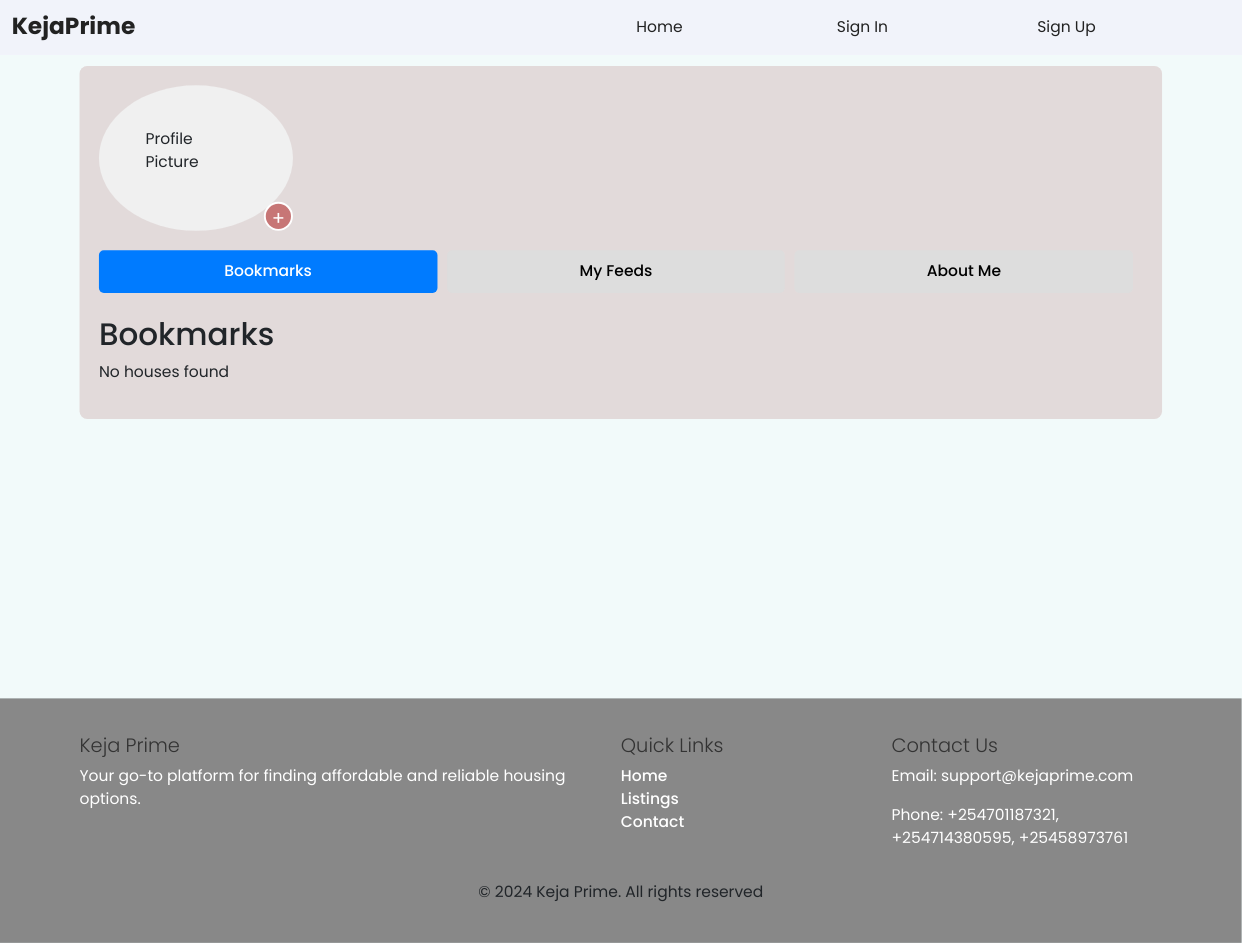
Repository: Pascal7601/kejaPrime
Page: /profile (app in frontend/)
These files come from the project's save history. The page is drawn as it stood at one moment and after the next save; the edit follows.
The browser window is 1280 px wide. The pictures show the whole page, at 97% of full size.
The page's requests for data from a server got no answer. The project was rebuilt for these pictures with package versions that can differ from the ones it lists, and the page was loaded fresh each time. No one was signed in, and anything a server would have sent is missing. Also part of the build but not shown: frontend/vite.config.js, frontend/src/styles/HeroSection.css, frontend/src/components/HeroSection.jsx, frontend/src/pages/Home.jsx, frontend/src/components/Houses.jsx, frontend/src/pages/Listings.jsx, frontend/src/styles/PostHouse.css, frontend/src/pages/PostHouse.jsx and 10 more.

Above is the page before, as saved 2024-10-22 14:43:58.

After the next save:
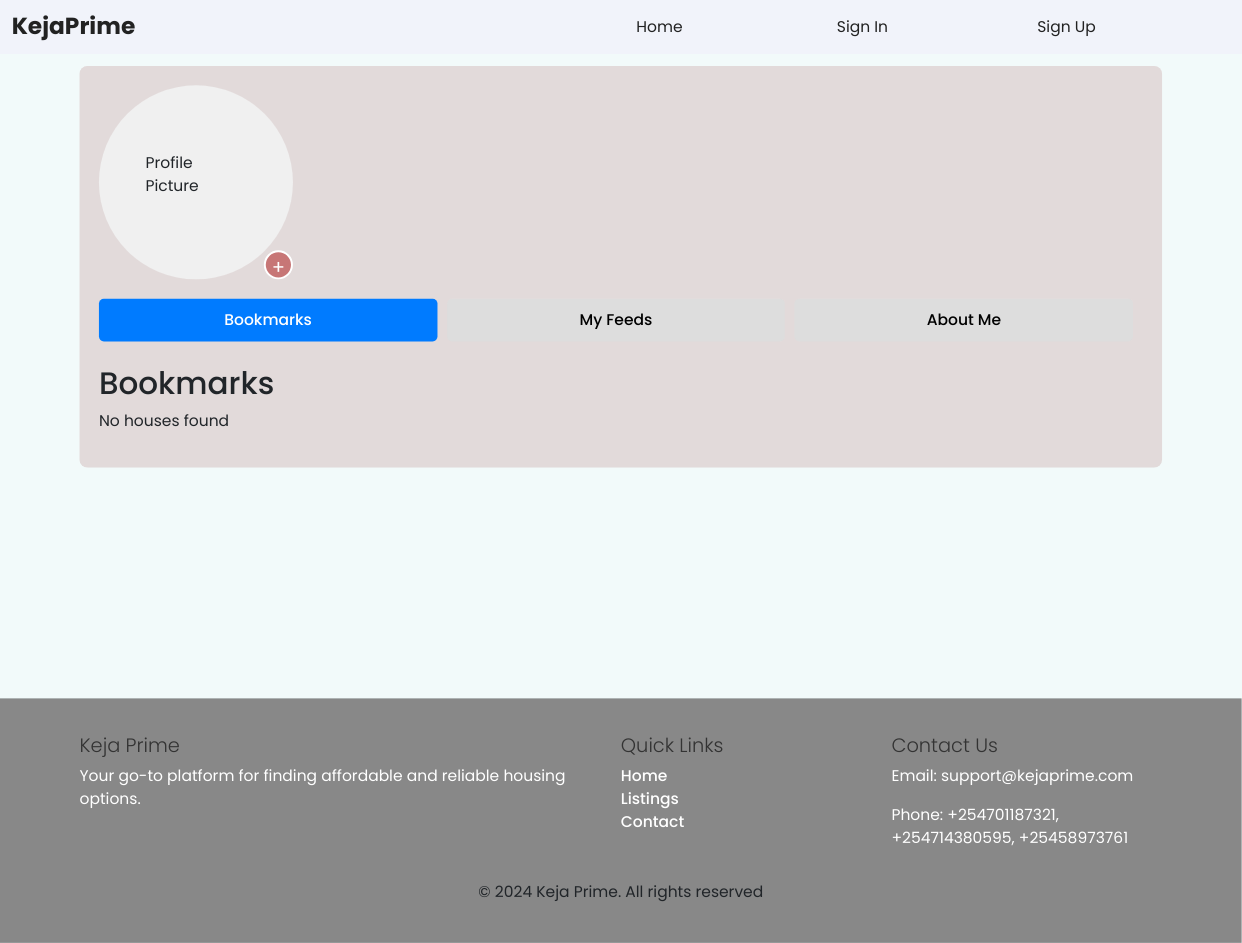
Saved 5 s later.
--- a/frontend/src/styles/Profile.css
+++ b/frontend/src/styles/Profile.css
@@ -59,7 +59,7 @@
 .profile-picture-container {
   position: relative;
   width: 200px; /* Adjust the size as needed */
-  height: 150px; /* Adjust the size as needed */
+  height: 200px; /* Adjust the size as needed */
 }
 #file-upload {
   display: none; /* Hide the actual file input */
